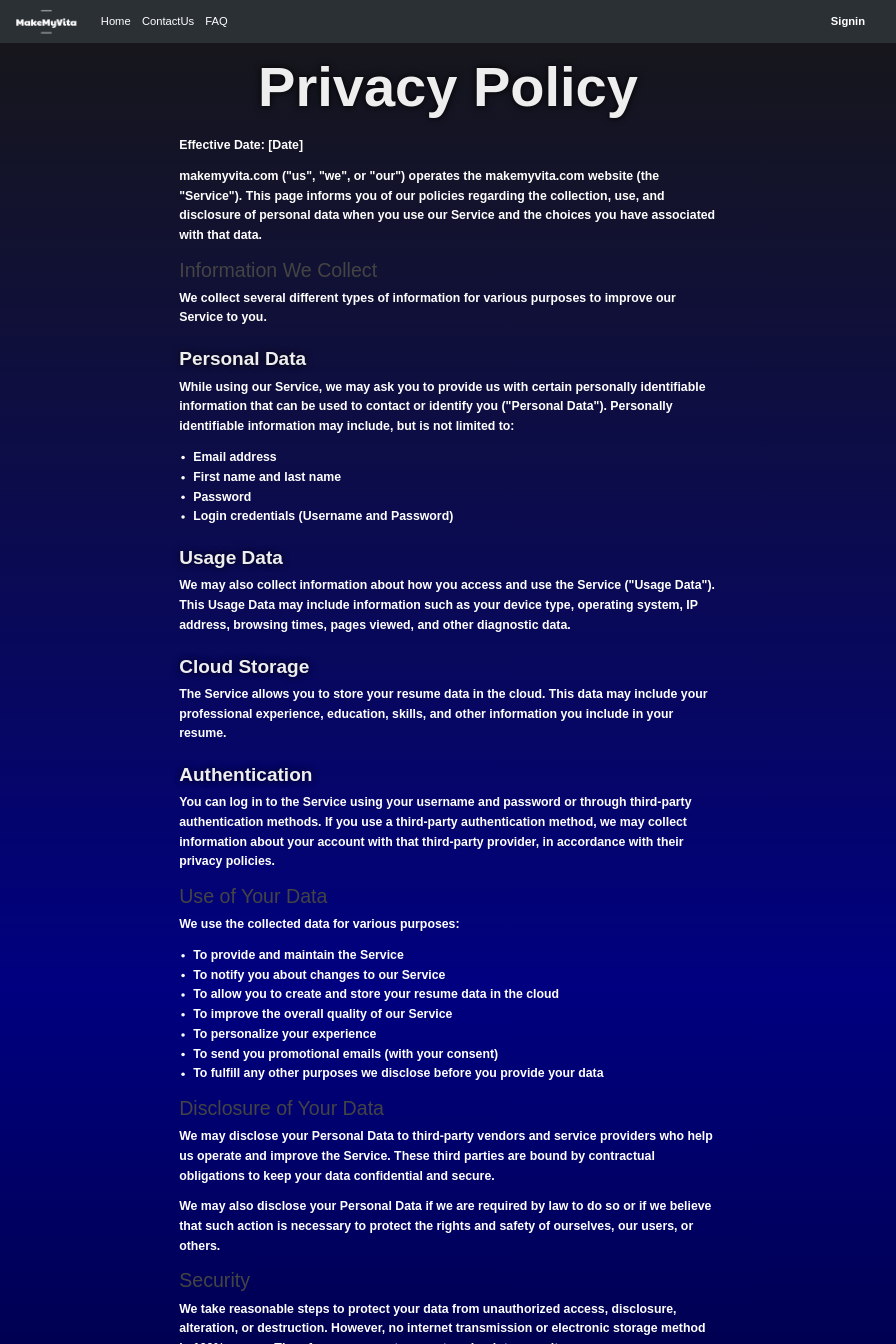
Repository: Tejaakshaykumar/MakeMyVita-Resume-Builder-Website
Page: /privacy (app in frontend/)
An editor plug-in stored every save of this project. The page is shown before and after a run of saves, followed by the edit.
The browser window is 1280 px wide. The pictures show the part of the page from y = 0 to 1920 px (the page is 3012 px tall before and 2994 px after), at 70% of full size.
Some web libraries are served in a nearby version. The project was rebuilt for these pictures with package versions that can differ from the ones it lists, and the page was loaded fresh each time. Also part of the build but not shown: frontend/src/App.css, frontend/src/containers/About.js, frontend/src/containers/Buildresume.js, frontend/src/containers/Images.js, frontend/src/containers/Features.js, frontend/src/containers/Review.js, frontend/src/containers/Trybox.js, frontend/src/containers/Motionbox.js and 5 more.

Above is the page before, as saved 2024-06-10 12:00:05.

### frontend/public/index.html
<!DOCTYPE html>
<html lang="en">
  <head>
    <meta charset="utf-8" />
    <link rel="icon" href="%PUBLIC_URL%/favicon.ico" />
    <meta name="viewport" content="width=device-width, initial-scale=1" />
    <meta name="theme-color" content="#000000" />
    <meta
      name="description"
      content="Web site created using create-react-app"
    />
    <link rel="apple-touch-icon" href="%PUBLIC_URL%/logo192.png" />
    <!--
      manifest.json provides metadata used when your web app is installed on a
      user's mobile device or desktop. See https://developers.google.com/web/fundamentals/web-app-manifest/
    -->
    <link rel="manifest" href="%PUBLIC_URL%/manifest.json" />
    <link rel="stylesheet" href="https://stackpath.bootstrapcdn.com/bootstrap/4.5.2/css/bootstrap.min.css">
  <link rel="stylesheet" href="https://stackpath.bootstrapcdn.com/font-awesome/4.7.0/css/font-awesome.min.css">
  <link href="https://cdn.jsdelivr.net/npm/bootstrap@5.3.3/dist/css/bootstrap.min.css" rel="stylesheet" integrity="sha384-QWTKZyjpPEjISv5WaRU9OFeRpok6YctnYmDr5pNlyT2bRjXh0JMhjY6hW+ALEwIH" crossorigin="anonymous">
  <link href="https://cdn.jsdelivr.net/npm/bootstrap-icons@1.7.2/font/bootstrap-icons.css" rel="stylesheet">
    <!--
      Notice the use of %PUBLIC_URL% in the tags above.
      It will be replaced with the URL of the `public` folder during the build.
      Only files inside the `public` folder can be referenced from the HTML.

      Unlike "/favicon.ico" or "favicon.ico", "%PUBLIC_URL%/favicon.ico" will
      work correctly both with client-side routing and a non-root public URL.
      Learn how to configure a non-root public URL by running `npm run build`.
    -->
    <title>React App</title>
  </head>
  <body>
    <noscript>You need to enable JavaScript to run this app.</noscript>
    <div id="root"></div>
    <!--
      This HTML file is a template.
      If you open it directly in the browser, you will see an empty page.

      You can add webfonts, meta tags, or analytics to this file.
      The build step will place the bundled scripts into the <body> tag.

      To begin the development, run `npm start` or `yarn start`.
      To create a production bundle, use `npm run build` or `yarn build`.
    -->
  </body>
  <script src="https://cdn.jsdelivr.net/npm/bootstrap@5.3.3/dist/js/bootstrap.bundle.min.js" integrity="sha384-YvpcrYf0tY3lHB60NNkmXc5s9fDVZLESaAA55NDzOxhy9GkcIdslK1eN7N6jIeHz" crossorigin="anonymous"></script>
</html>

### frontend/src/pages/Privacy.js
import React from 'react';
import './pagestyles.css';

const Privacy = () => {
  return (
    <div className="privacy-container">
      <h1>Privacy Policy</h1>
      <p>Effective Date: [Date]</p>

      <section>
        <p>
          makemyvita.com ("us", "we", or "our") operates the makemyvita.com website (the "Service"). This page informs you of our policies regarding the collection, use, and disclosure of personal data when you use our Service and the choices you have associated with that data.
        </p>
      </section>

      <section>
        <h2>Information We Collect</h2>
        <p>We collect several different types of information for various purposes to improve our Service to you.</p>
      </section>

      <section>
        <h3>Personal Data</h3>
        <p>
          While using our Service, we may ask you to provide us with certain personally identifiable information that can be used to contact or identify you ("Personal Data"). Personally identifiable information may include, but is not limited to:
        </p>
        <ul>
          <li>Email address</li>
          <li>First name and last name</li>
          <li>Password</li>
          <li>Login credentials (Username and Password)</li>
        </ul>
      </section>

      <section>
        <h3>Usage Data</h3>
        <p>
          We may also collect information about how you access and use the Service ("Usage Data"). This Usage Data may include information such as your device type, operating system, IP address, browsing times, pages viewed, and other diagnostic data.
        </p>
      </section>

      <section>
        <h3>Cloud Storage</h3>
        <p>
          The Service allows you to store your resume data in the cloud. This data may include your professional experience, education, skills, and other information you include in your resume.
        </p>
      </section>

      <section>
        <h3>Authentication</h3>
        <p>
          You can log in to the Service using your username and password or through third-party authentication methods. If you use a third-party authentication method, we may collect information about your account with that third-party provider, in accordance with their privacy policies.
        </p>
      </section>

      <section>
        <h2>Use of Your Data</h2>
        <p>We use the collected data for various purposes:</p>
        <ul>
          <li>To provide and maintain the Service</li>
          <li>To notify you about changes to our Service</li>
          <li>To allow you to create and store your resume data in the cloud</li>
          <li>To improve the overall quality of our Service</li>
          <li>To personalize your experience</li>
          <li>To send you promotional emails (with your consent)</li>
          <li>To fulfill any other purposes we disclose before you provide your data</li>
        </ul>
      </section>

      <section>
        <h2>Disclosure of Your Data</h2>
        <p>
          We may disclose your Personal Data to third-party vendors and service providers who help us operate and improve the Service. These third parties are bound by contractual obligations to keep your data confidential and secure.
        </p>
        <p>
          We may also disclose your Personal Data if we are required by law to do so or if we believe that such action is necessary to protect the rights and safety of ourselves, our users, or others.
        </p>
      </section>

      <section>
        <h2>Security</h2>
        <p>
          We take reasonable steps to protect your data from unauthorized access, disclosure, alteration, or destruction. However, no internet transmission or electronic storage method is 100% secure. Therefore, we cannot guarantee absolute security.
        </p>
      </section>

      <section>
        <h2>Your Rights</h2>
        <p>You have certain rights regarding your personal data. These rights may vary depending on the laws of your jurisdiction. Here are some examples:</p>
        <ul>
          <li>The right to access and update your Personal Data</li>
          <li>The right to request the erasure of your Personal Data</li>
          <li>The right to object to the processing of your Personal Data</li>
        </ul>
        <p>You can exercise these rights by contacting us through the contact information provided below.</p>
      </section>

      <section>
        <h2>Children's Privacy</h2>
        <p>
          Our Service does not address anyone under the age of 18 ("Children"). We do not knowingly collect personal data from children. If you are a parent or guardian and you are aware that your child has provided us with Personal Data, please contact us. If we become aware that we have collected Personal Data from children without verification of parental consent, we will take steps to remove that information from our servers.
        </p>
      </section>

      <section>
        <h2>Changes to This Privacy Policy</h2>
        <p>
          We may update our Privacy Policy from time to time. We will notify you of any changes by posting the new Privacy Policy on this page.
        </p>
      </section>

      <section>
        <h2>Contact Us</h2>
        <p>If you have any questions about this Privacy Policy, please contact us:</p>
        <p>By email: [your email address]</p>
        <p>By visiting this page on our website: <a href="https://colamyhome.com/pages/contact" target="_blank" rel="noopener noreferrer">Contact Us</a></p>
      </section>
    </div>
  );
};

export default Privacy;

### frontend/src/containers/cont.css
/* navbar */
.custom-btn {
  color: white;
}
.custom-btn:hover {
  color: black;
  background-color: white;
}

.footer-container {
  height: 25vh;
  width: 100%;
  background-color: rgb(0, 0, 0);
  color: white;
  display: flex;
  flex-direction: column;
  align-items: center;
  /* padding-bottom: 3%; */
  /* justify-content: center; */
}

.footer-nav {
  display: flex;
  list-style: none;
  padding-top: 30px;
  margin: 0;
}

.footer-nav .nav-item {
  margin: 0 50px;
}

.footer-nav .nav-item .nav-link {
  color: white;
  text-decoration: none;
  /* text-transform: uppercase; */
  /* text-decoration: underline; */
}

.footer-nav .nav-item .nav-link:hover {
  text-decoration: underline;
}

.footer-copy {
  /* padding-top: 5%; */
  text-align: center;
  font-size: large;
  font-weight: 500;
  /* padding-bottom: 3%; */
}

.social-icons {
  display: flex;
  justify-content: center;
  gap: 40px;
  padding: 40px;
  /* background-color: #f0f0f0; */
}

.social-icons a {
  color: #ffffff;
  font-size: 24px;
  text-decoration: none;
}

.social-icons a:hover {
  color: #007bff;
}

/* Features */

.feature-component {
  height: 90vh;
  width: 100%;
  display: flex;
  justify-content: flex-start;
  flex-wrap: wrap;
  margin-top: 10%;
  padding-left: 8%;
  padding-right: 8%;
}
.feature {
  flex: 1 1 30%;
  box-sizing: border-box;
  padding: 20px;
  margin: 10px;
  text-align: center;
  background-color: #fff;
  border-radius: 8px;
  /* box-shadow: 0 4px 8px rgba(0, 0, 0, 0.1); */
}

.feature img {
  width: 60px;
  height:80px;
  margin-bottom: 10px;
}

.feature h3 {
  font-size: 1.5em;
  margin-bottom: 10px;
  font-weight: 500;
  font-family:'Franklin Gothic Medium', 'Arial Narrow', Arial, sans-serif;
}

.feature p {
  font-size: 1.3em;
  color: #666;
  font-weight: 400;
  font-family: 'Gill Sans', 'Gill Sans MT', Calibri, 'Trebuchet MS', sans-serif;
}

.feature:hover {
  background: linear-gradient(to right, #fd4908, #1e90ff);
  box-shadow: black;
  border-radius: 5%;
  color: rgb(255, 255, 255);
}

.feature:hover h3,
.feature:hover p {
  color: rgb(255, 255, 255);
}

/* About */
.resume-builder-container {
  display: flex;
  flex-direction: row;
  justify-content: space-between;
  align-items: center;
  padding: 10vh;
  /* background-color: #fff; */
  background: linear-gradient(to right, #84eefc, #ffffff, #ffffff);
  /* background:linear-gradient(to left, #00e1ff,#ffffff, #ffffff); */
  /* border: 1px solid #ddd; */
  /* border-radius: 8px; */
  /* box-shadow: 0 2px 4px rgba(0, 0, 0, 0.1); */
  height: 80vh;
}

.resume-builder-container1 {
  display: flex;
  flex-direction: row;
  justify-content: space-between;
  align-items: center;
  padding: 10vh;
  height: 80vh;
  background: linear-gradient(to top, #ffffff, #59CE8F,#E8F9FD, #ffffff);
}

/* .resume-builder-image {
    -webkit-mask-image: radial-gradient(circle, rgba(0, 0, 0, 1) 50%, rgba(0, 0, 0, 0) 90%);
    mask-image: radial-gradient(circle, rgba(0, 0, 0, 1) 50%, rgba(0, 0, 0, 0) 90%);
  }
   */
.resume-builder-content {
  max-width: 60%;
  padding: 10%;
}

.resume-builder-content1 {
  max-width: 70%;
  padding: 10%;
}

.resume-builder-content h1 {
  font-size: 4em;
  color: #333;
  margin-bottom: 10px;
  font-family: "Franklin Gothic Medium", "Arial Narrow", Arial, sans-serif;
  text-align: left;
}

.resume-builder-content p {
  font-size: 1.4em;
  font-weight: 400;
  color: #666;
  line-height: 1.5;
  margin-bottom: 20px;
  /* padding-left: 2%; */
  /* text-align: center; */
}

.resume-builder-content1 h1 {
  font-size: 4em;
  color: #333;
  margin-bottom: 10px;
  font-family: "Franklin Gothic Medium", "Arial Narrow", Arial, sans-serif;
  text-align: left;
}

.resume-builder-content1 p {
  font-size: 1.4em;
  font-weight: 400;
  color: #666;
  line-height: 1.5;
  margin-bottom: 20px;
  /* padding-left: 2%; */
  /* text-align: center; */
}

.aboutbutton {
  height: 6vh;
  width: 27%;
  margin-left: 20%;
  margin-top: 2%;
  text-align: center;
  font-weight: 500;
  border-radius: 7px;
  color: #ffffff;
  font-weight: 700;
  transition: background 0.3s ease;
  /* border-style:solid; */
  border-color: white;
  background: #3e14fc;
  box-shadow: 0 2px 6px rgba(24, 23, 23, 0.801);
  /* box-shadow: #3e14fc; */
}
.aboutbutton:hover {
  transition: background 0.3s ease;
  border-style: solid;
  background: linear-gradient(to right, #ffd000, #ff0000);
  box-shadow: #3e14fc;
}

.create-now-button {
  background-color: #00b0ff;
  color: #fff;
  border: none;
  padding: 10px 20px;
  font-size: 1em;
  border-radius: 5px;
  cursor: pointer;
}

.create-now-button:hover {
  background-color: #008cba;
}

.resume-builder-image {
  max-width: 40%;
}

.resume-builder-image img {
  max-width: 100%;
  height: auto;
  border-radius: 8px;
}

.text-gradient {
  background: linear-gradient(to right, #ff7f50, #1e90ff);
  -webkit-background-clip: text;
  -webkit-text-fill-color: transparent;
  background-clip: text;
  color: transparent;
}

.icon-container {
  width: 100%;
  height: 100px;
  overflow: hidden;
  white-space: nowrap;
  position: relative;
  background-color: #ffffff;
  padding-bottom: 25px;
}

.icons {
  display: inline-block;
  animation: moveIcons 40s linear infinite;
}

.icons img {
  font-size: 24px;
  margin: 0 15px; /* Add some margin between icons */
  color: #333;
  /* width: 100px; Adjust the size as needed */
  height: 50px;
}

@keyframes moveIcons {
  0% {
    transform: translateX(70%);
  }
  100% {
    transform: translateX(-100%);
  }
}

.try {
  height: 30vh;
  width: 100%;
  background-image: url("C:/Users/tejaa/Downloads/pexels-magda-ehlers-pexels-1279813.jpg");
  background-size: cover;
  align-items: center;
  display: flex;
  flex-direction: column;
  justify-content: center;
  margin-bottom: 7vh;
  margin-top: 5vh;
}

.try h2 {
  font-size: 280%;
  color: antiquewhite;
  text-shadow: 5px 5px 3px rgba(0, 0, 0, 0.3);
}
.try button {
  height: 4vh;
  width: 15%;
  font-weight: 700;
  border-radius: 5cm;
  color: blanchedalmond;
  border: #ffffff;
  background: linear-gradient(to right, #fd0808, #a51eff);
}

/* Review */
/* Styles for the main container */
/* Swiper specific styles */
/* #App {
  height: 100%;
}
html,
body {
  position: relative;
  height: 100%;
}

body {
  background: #eee;
  font-family: Helvetica Neue, Helvetica, Arial, sans-serif;
  font-size: 14px;
  color: #000;
  margin: 0;
  padding: 0;
} */
.swiper-container {
  /* position: relative; */
  height: 30vh;
  background: #ffffff;
  font-family: Helvetica Neue, Helvetica, Arial, sans-serif;
  font-size: 14px;
  color: #000;
  margin: 30px;
  padding: 10px;
  display: flex;
  flex-direction: row;
  justify-content: center;
}

.swiper {
  width: 100%;
  height: 100%;
}

.swiper-slide {
  text-align: center;
  font-size: 18px;
  background: #ffffff;
  display: flex;
  justify-content: center;
  align-items: center;
  padding-top: 20%;
  /* margin: 5%; */
}

.swiper-slide img {
  display: block;
  width: 100%;
  height: 100%;
  object-fit: cover;
}

.autoplay-progress {
  position: absolute;
  right: 16px;
  bottom: 16px;
  z-index: 10;
  width: 48px;
  height: 48px;
  display: flex;
  align-items: center;
  justify-content: center;
  font-weight: bold;
  color: var(--swiper-theme-color);
}

.autoplay-progress svg {
  --progress: 0;
  position: absolute;
  left: 0;
  top: 0px;
  z-index: 10;
  width: 100%;
  height: 100%;
  stroke-width: 4px;
  stroke: var(--swiper-theme-color);
  fill: none;
  stroke-dashoffset: calc(125.6px * (1 - var(--progress)));
  stroke-dasharray: 125.6;
  transform: rotate(-90deg);
}

Loaded but not shown: frontend/src/index.js (common file); frontend/src/index.css (common file); frontend/src/reportWebVitals.js (common file); frontend/src/App.js (99 lines, source omitted); frontend/src/containers/Foot.js (65 lines, source omitted); frontend/src/containers/Navbar.js (57 lines, source omitted); frontend/src/pages/pagestyles.css (528 lines, source omitted)

After the next 4 saves:
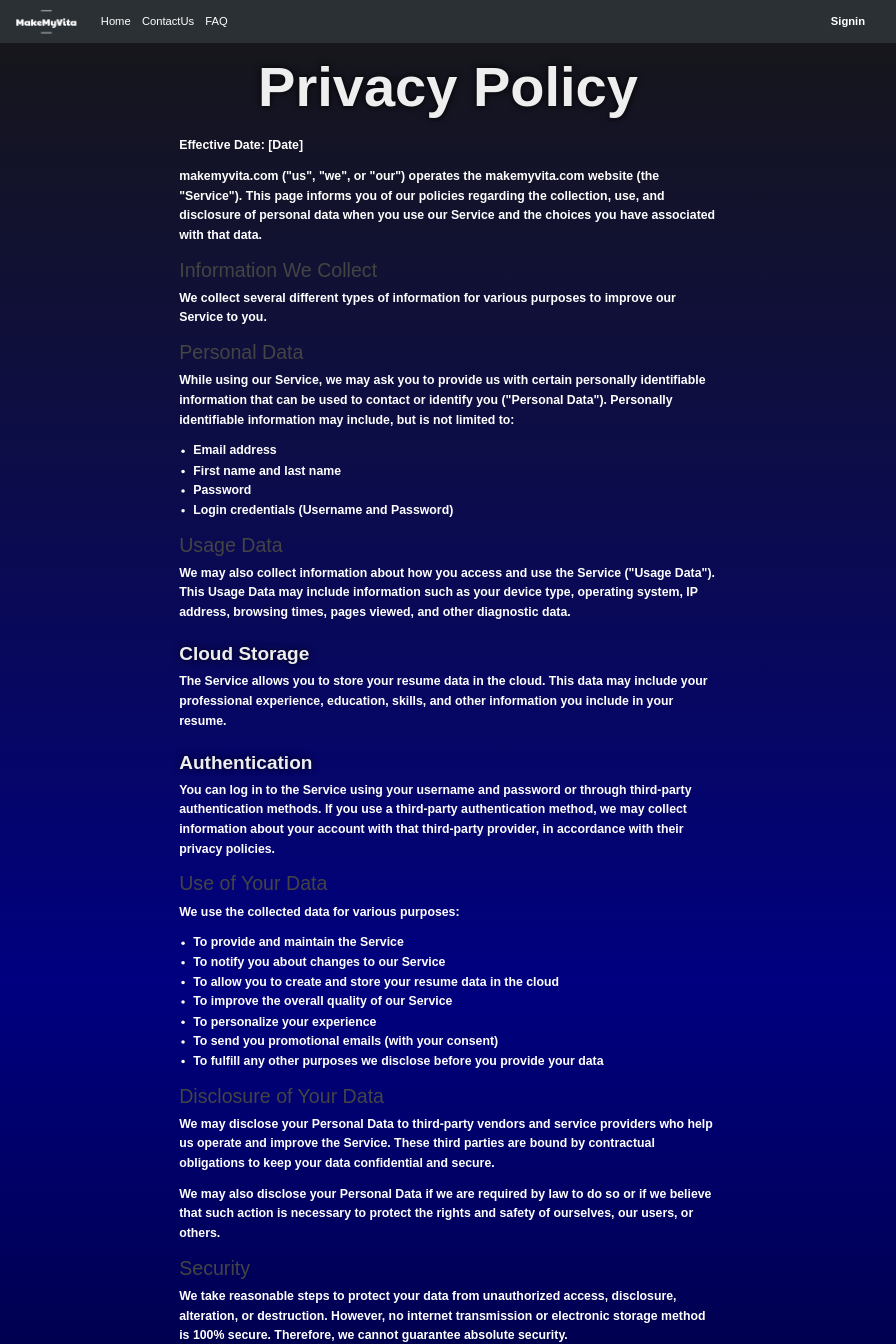
The 4 saves are shown as one change because 1 did not build or start and some came seconds apart.
The last was saved 64 s later.
--- a/frontend/src/pages/Privacy.js
+++ b/frontend/src/pages/Privacy.js
@@ -19,7 +19,7 @@ const Privacy = () => {
       </section>
 
       <section>
-        <h3>Personal Data</h3>
+        <h2>Personal Data</h2>
         <p>
           While using our Service, we may ask you to provide us with certain personally identifiable information that can be used to contact or identify you ("Personal Data"). Personally identifiable information may include, but is not limited to:
         </p>
@@ -32,7 +32,7 @@ const Privacy = () => {
       </section>
 
       <section>
-        <h3>Usage Data</h3>
+        <h2>Usage Data</h2>
         <p>
           We may also collect information about how you access and use the Service ("Usage Data"). This Usage Data may include information such as your device type, operating system, IP address, browsing times, pages viewed, and other diagnostic data.
         </p>
